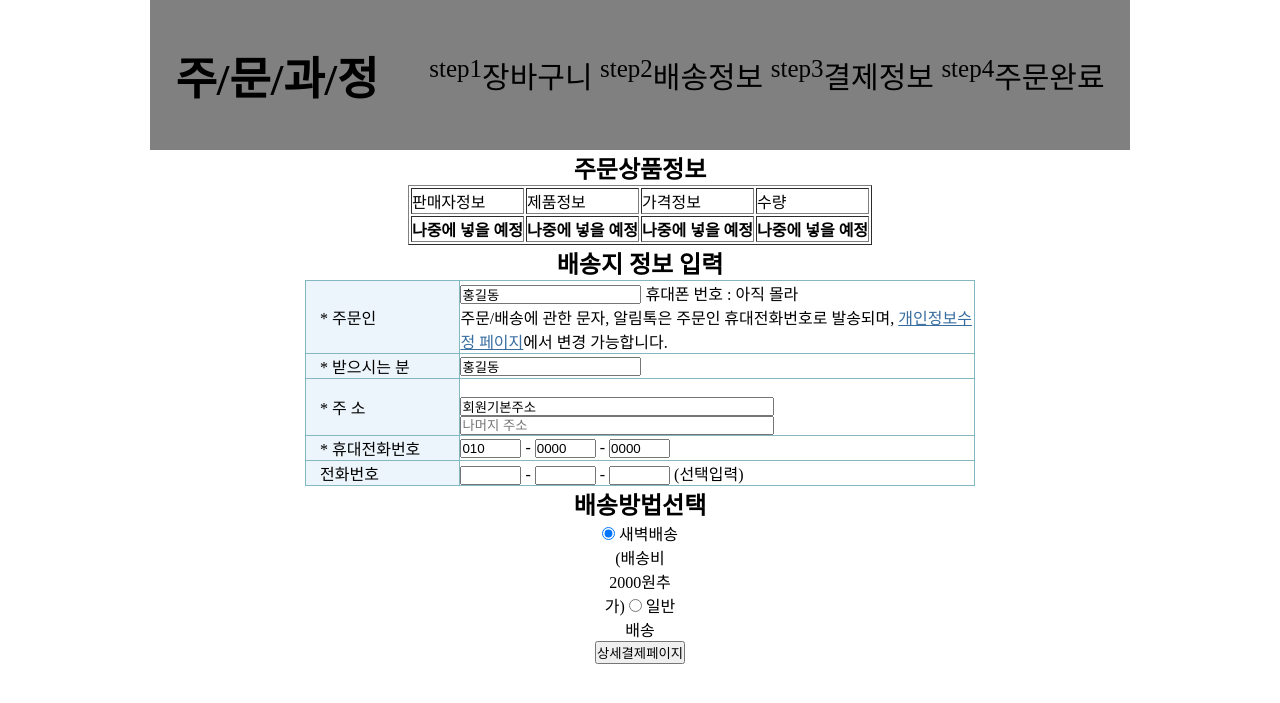
Repository: kym-1000/book
Page: http://localhost/book/WEB-INF/views/home.jsp
An editor plug-in stored every save of this project. The page is shown before and after the next save, followed by the edit.
The browser window is 1280 px wide. The pictures show the whole page.
The page is served by Tomcat 9. Nobody is signed in. Other server files are loaded and not shown. The template is opened directly, without the code that normally fills it, so the values that code supplies are empty.

Above is the page before, as saved 2023-01-02 03:48:47.

### book/book/src/main/webapp/WEB-INF/views/home.jsp
<%@ page language="java" contentType="text/html; charset=UTF-8"
    pageEncoding="UTF-8"%>
<%@ taglib uri="http://java.sun.com/jsp/jstl/core" prefix="c" %>
<%@ page session="false" %>

<!DOCTYPE html>
<html>
<head>
<meta charset="UTF-8">
<title>Insert title here</title>
<style type="text/css">


	*{
		margin: auto;
		padding: 0;
		}


	#pagetop{
		margin-left: 150px;
		margin-right: 150px;
	    background-color: grey;
	    font-size: 30px;
		height: 150px;
		display : flex;
	  	/* justify-content : center; */
	  	align-items : center;
		}

	#productinfo{
		margin-left: 150px;
		margin-right: 150px;
		display : flex;
		align-items : center;
		}

	#DefaultAddr{
		margin-left: 150px;
		margin-right: 150px;
		display : flex;
		align-items : center;
		}

	#productprice{
		margin-left: 600px;
		margin-right: 600px;
		display : flex;
		align-items : center;
		border: 1 solid;
		text-align: center;
	}

	#btn{
		text-align: center;
		align-items : center;
		display : flex;
	}



</style>
</head>
<body>

	<div id="pagetop">
		<h2 style="text-align: left;">
			주/문/과/정
		</h2>
		<div style="text-align: right;">
		<sup>step1</sup>장바구니 <sup>step2</sup>배송정보 <sup>step3</sup>결제정보 <sup>step4</sup>주문완료
		</div>
	</div>

		<h2 style="text-align: center;">
			주문상품정보
		</h2>

	<div id="productinfo">
		<table border="1">
			<tr>
				<td>판매자정보</td>
				<td>제품정보</td>
				<td>가격정보</td>
				<td>수량</td>
			</tr>
			<tr>
				<th>나중에 넣을 예정</td>
				<th>나중에 넣을 예정</td>
				<th>나중에 넣을 예정</td>
				<th>나중에 넣을 예정</td>
			</tr>
		</table>
	</div>

	<h2 style="text-align: center;">배송지 정보 입력</h2>

	<form action="#" method="post">

		<div id="DefaultAddr">
			<table id="Table1" cellspacing="1" cellpadding="3" width="670" bgcolor="#83b8c2" border="0" align="center">
				<tbody>
				<tr>
					<td  bgcolor="#edf5fc" style="padding-left:14px; text-align: left; width: 23%"><span class="warning">* </span>주문인</td>
					<td bgcolor="#ffffff">
						<input type="text" name="OrdererName" class="form" value="홍길동" maxlength="20">

						 휴대폰 번호 : 아직 몰라 <br>주문/배송에 관한 문자, 알림톡은 주문인 휴대전화번호로 발송되며,  <a style="color:#386da1" href="#" target="_blank">개인정보수정 페이지</a>에서 변경 가능합니다.

					</td>
				</tr>
				<tr>
					<td bgcolor="#edf5fc" style="padding-left:14px; text-align: left; width: 23%"><span class="warning">* </span>받으시는 분</td>
					<td bgcolor="#ffffff"><input class="form" type="text" maxlength="20" value="홍길동" name="ReceiverName">

					</td>
				</tr>

				<tr>
					<td bgcolor="#edf5fc" style="padding-left:14px; text-align: left; width: 23%"><span class="warning">*</span>
						주 소</td>
					<td bgcolor="#ffffff">

							<br>
							<input type="text" id="Address1" name="Address1" class="form" style="width:310px" maxlength="50" readonly="readonly" value="회원기본주소">
							<br>
							<input type="text" id="Address2" name="Address2" class="form" style="width:310px" maxlength="100" value="" placeholder="나머지 주소">

					</td>
				</tr>
				<tr>
					<td bgcolor="#edf5fc" style="padding-left:14px; text-align: left; width: 23%"><span class="warning">* </span>휴대전화번호</td>
					<td bgcolor="#ffffff">
					<input class="form" type="text" maxlength="4" size="5" name="Hp1" value="010"> -
					 <input class="form" type="text" maxlength="4" size="5" name="Hp2" value="0000"> -
					  <input class="form" type="text" maxlength="4" size="5" name="Hp3" value="0000">


					</td>
				</tr>
				<tr>
					<td bgcolor="#edf5fc" style="padding-left:14px; text-align: left; width: 23%">
						전화번호</td>
					<td bgcolor="#ffffff">
					<input class="form" type="text" maxlength="4" size="5" name="Tel1" value=""> -
					 <input class="form" type="text" maxlength="4" size="5" name="Tel2" value=""> -
					  <input class="form" type="text" maxlength="4" size="5" name="Tel3" value=""> (선택입력)</td>
				</tr>
				</tbody></table>
		</div>

		<h2 style="text-align: center;">배송방법선택</h2>

		<div id="productprice" style="text-align: center;">
			<fieldset style="border: none;">
			  <label>
			    <input type="radio" name="contact" value="dawn" checked />
			    <span>새벽배송(배송비2000원추가)</span>
			  </label>

			  <label>
			    <input type="radio" name="contact" value="normal" />
			    <span>일반배송</span>
			  </label>
			</fieldset>

		</div>

		<button type="submit" id="btn" >상세결제페이지</button>

		</form>













</body>
</html>

After the next save:
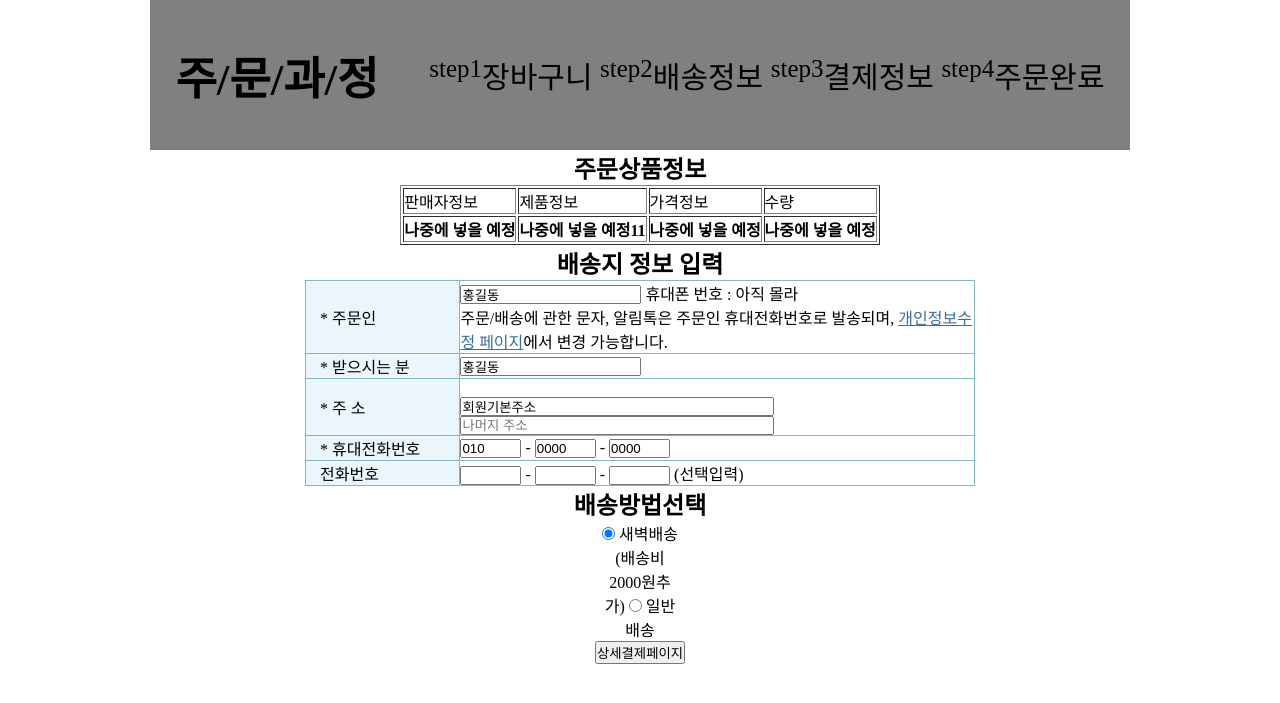
Saved 9 s later.
--- a/book/book/src/main/webapp/WEB-INF/views/home.jsp
+++ b/book/book/src/main/webapp/WEB-INF/views/home.jsp
@@ -86,7 +86,7 @@
 			</tr>
 			<tr>
 				<th>나중에 넣을 예정</td>
-				<th>나중에 넣을 예정</td>
+				<th>나중에 넣을 예정11</td>
 				<th>나중에 넣을 예정</td>
 				<th>나중에 넣을 예정</td>
 			</tr>
